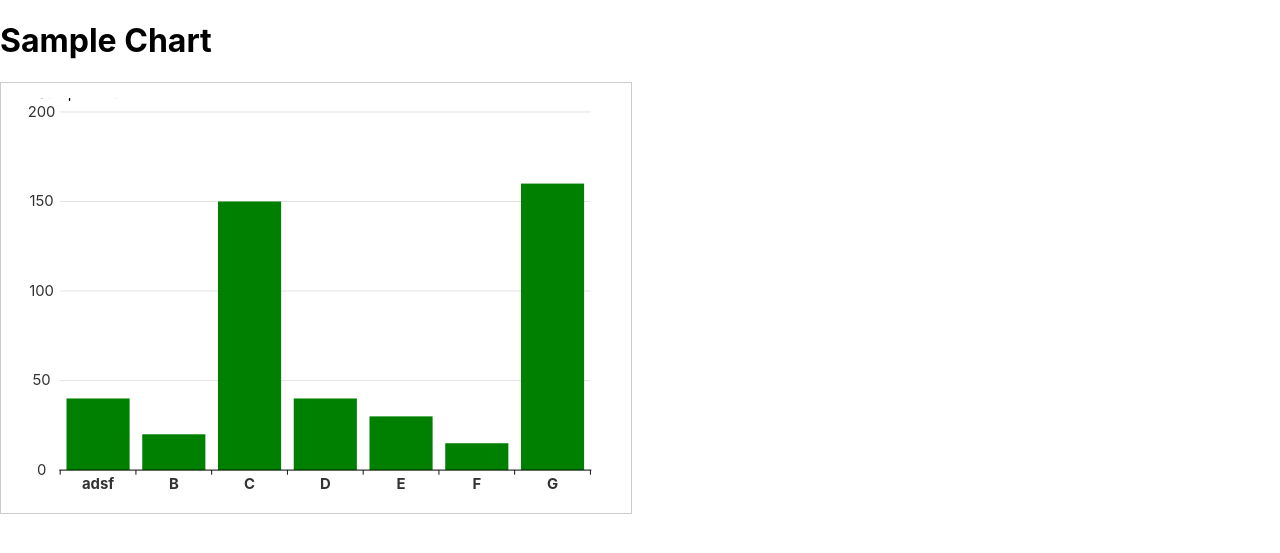
Repository: CaptainJang316/GChart
Page: /
These files come from the project's save history. The page is drawn as it stood at one moment and after a run of saves; the edit follows.
The browser window is 1280 px wide. The pictures show the whole page.
The project was rebuilt for these pictures with package versions that can differ from the ones it lists, and the page was loaded fresh each time.

Above is the page before, as saved 2024-11-12 22:14:48.

After the next 2 saves:
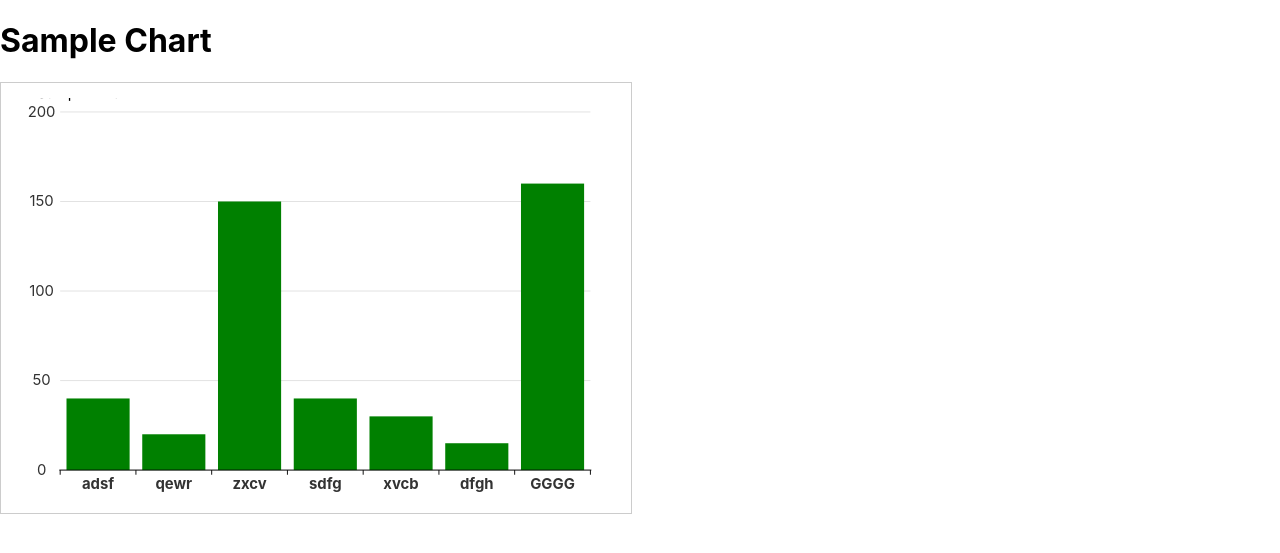
The 2 saves are shown as one change because they came seconds apart.
The last was saved 7 s later.
--- a/src/App.tsx
+++ b/src/App.tsx
@@ -13,12 +13,12 @@ function App() {
     },
     data: [
       { label: 'adsf', value: 40 },
-      { label: 'B', value: 20 },
-      { label: 'C', value: 150 },
-      { label: 'D', value: 40 },
-      { label: 'E', value: 30 },
-      { label: 'F', value: 15 },
-      { label: 'G', value: 160 },
+      { label: 'qewr', value: 20 },
+      { label: 'zxcv', value: 150 },
+      { label: 'sdfg', value: 40 },
+      { label: 'xvcb', value: 30 },
+      { label: 'dfgh', value: 15 },
+      { label: 'GGGG', value: 160 },
     ],
     layout: {
       width: 600,
